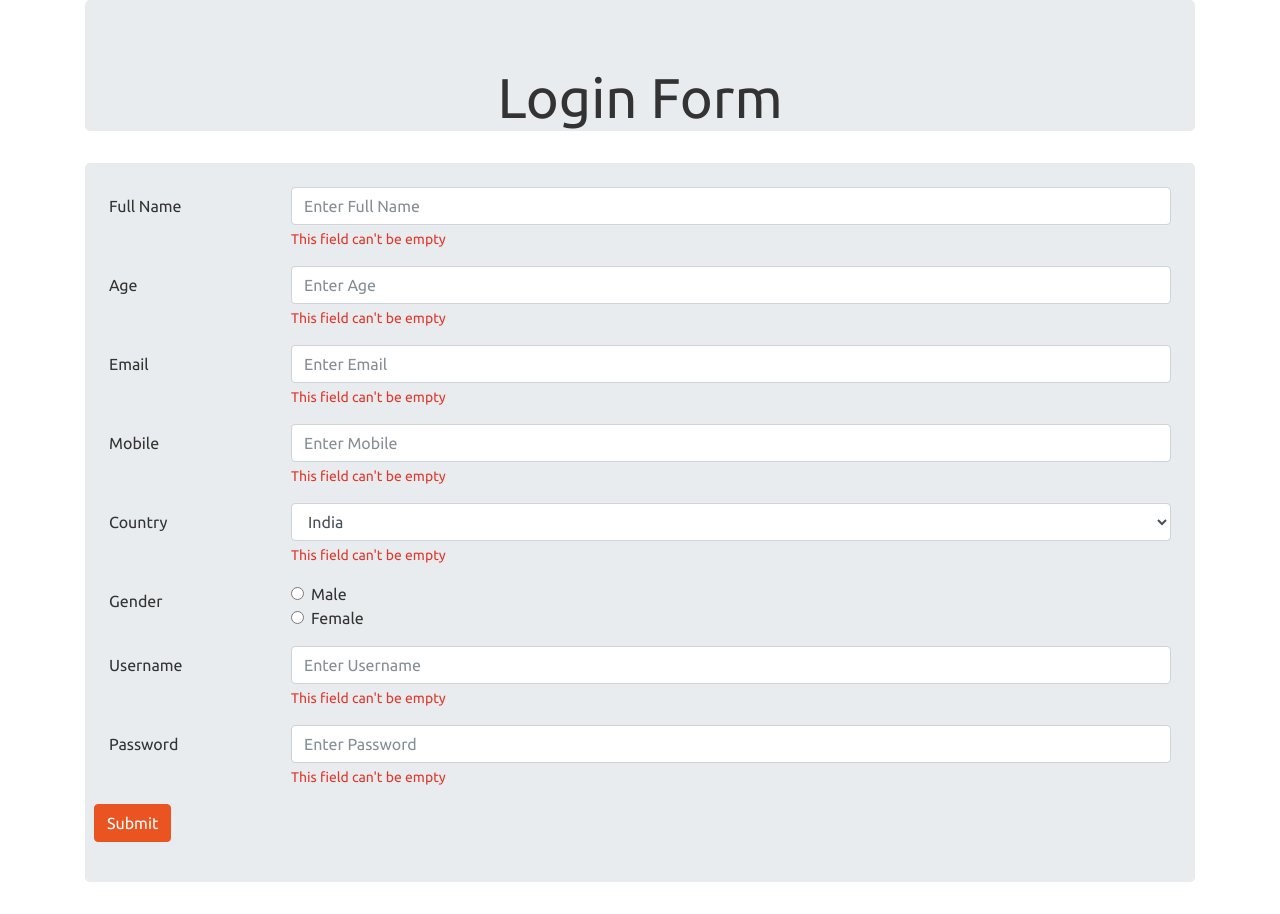
Repository: amar468S/Ng-templateDrivenForm
Page: /
An editor plug-in stored every save of this project. The page is shown before and after the next save, followed by the edit.
The browser window is 1280 px wide. The pictures show the whole page.
Some web libraries are served in a nearby version. The project was rebuilt for these pictures with package versions that can differ from the ones it lists, and the page was loaded fresh each time. Also part of the build but not shown: angular.json.

Above is the page before, as saved 2019-02-03 16:03:37.

After the next save:
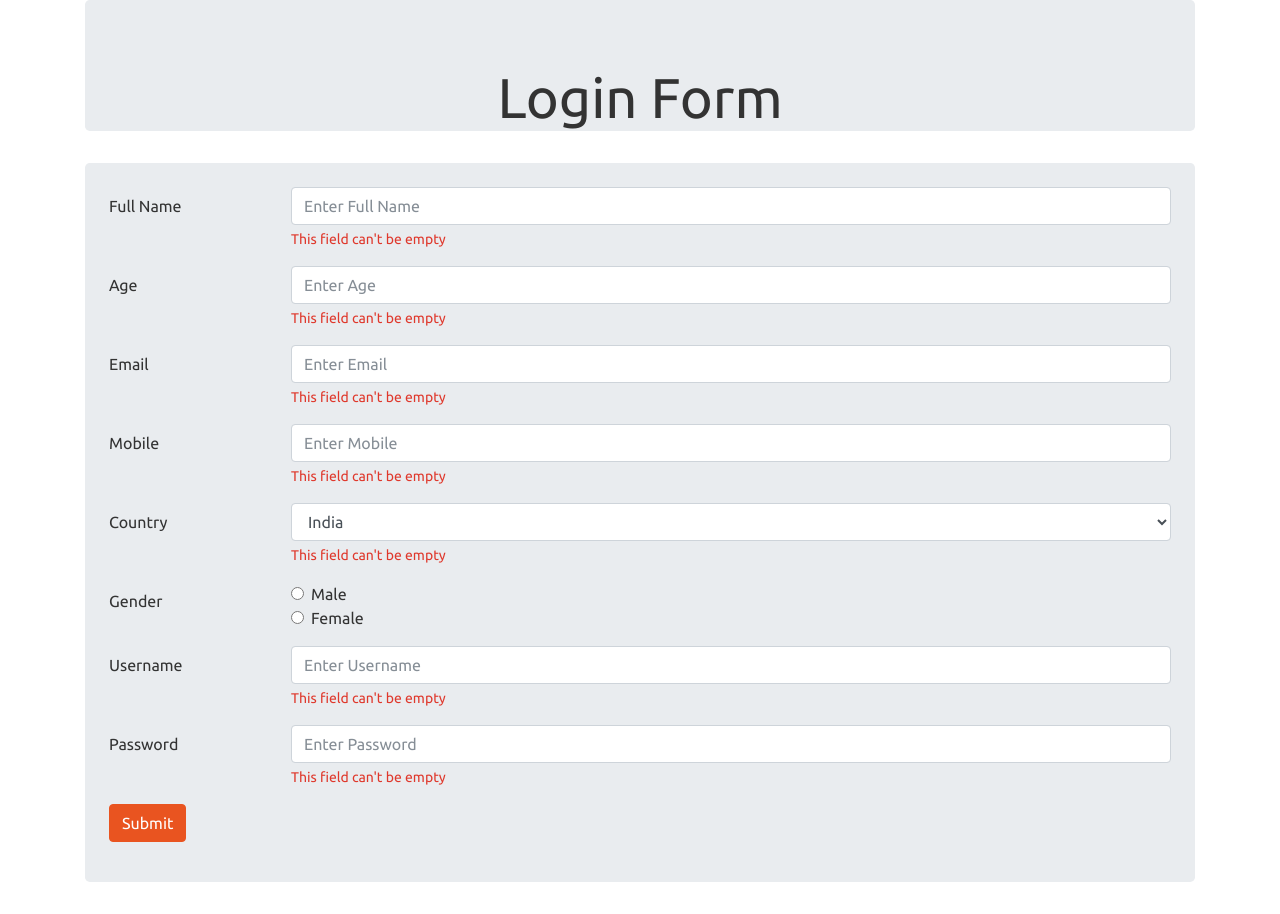
Saved 14 s later.
--- a/src/app/app.component.html
+++ b/src/app/app.component.html
@@ -73,7 +73,7 @@
           </div>
       </div>
       <div class="form-group row">
-          <div class="text-center">
+          <div class="col-sm-2">
             <input type="submit" class="btn btn-primary">
           </div>
       </div>
